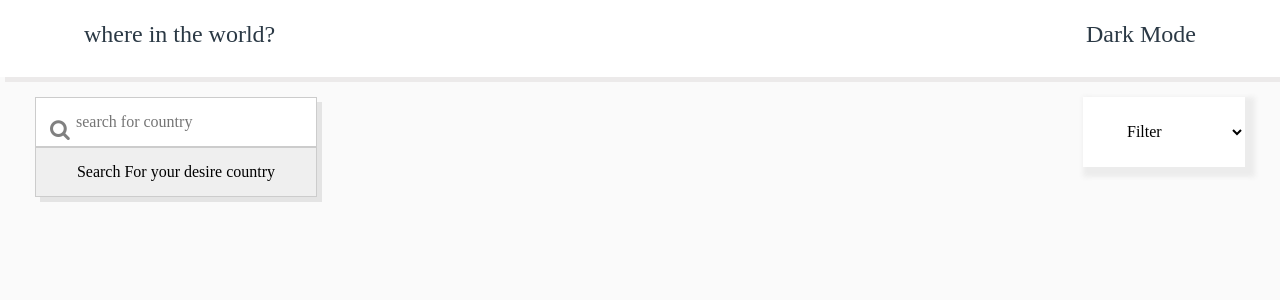
Repository: lamilekan263/countries
Page: /
The author's editor kept a copy of each file at every save. The page is drawn from the files as they stood at one save, then again after a run of saves.
The browser window is 1280 px wide. The pictures show the whole page.
The page's requests for data from a server got no answer. The project was rebuilt for these pictures with package versions that can differ from the ones it lists, and the page was loaded fresh each time. No one was signed in, and anything a server would have sent is missing. Also part of the build but not shown: src/components/country/country.css, src/components/country/country.jsx.

Above is the page before, as saved 2020-08-03 14:10:38.

After the next 3 saves:
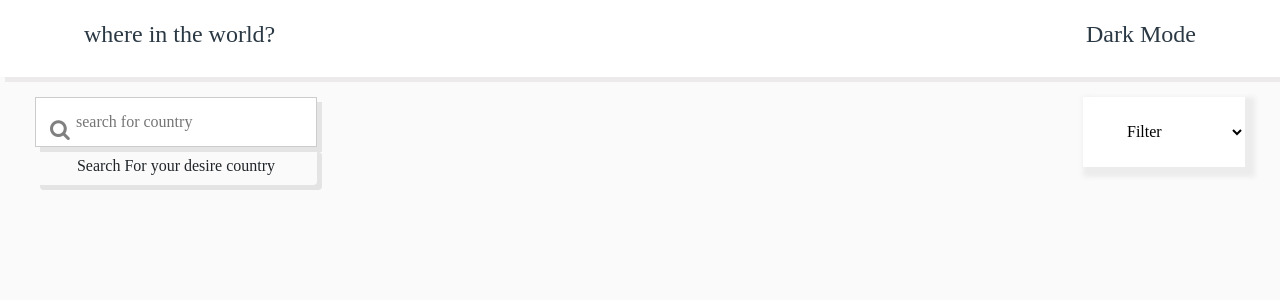
The 3 saves are shown as one change because they came seconds apart.
The last was saved 33 s later.
--- a/src/components/form.component/form.component.jsx
+++ b/src/components/form.component/form.component.jsx
@@ -21,7 +21,7 @@ const MyForm =props =>{
             <form className="myForm" onSubmit = {onSubmit}>
                 <div>
                     <Input onHandleChange={onChange} value={text}/>
-                    <input type="submit" value="Search For your desire country" />
+                    <input type="submit" value="Search For your desire country" className="btn" />
                  </div>
                 <SelectDropDownByRegion />
 
